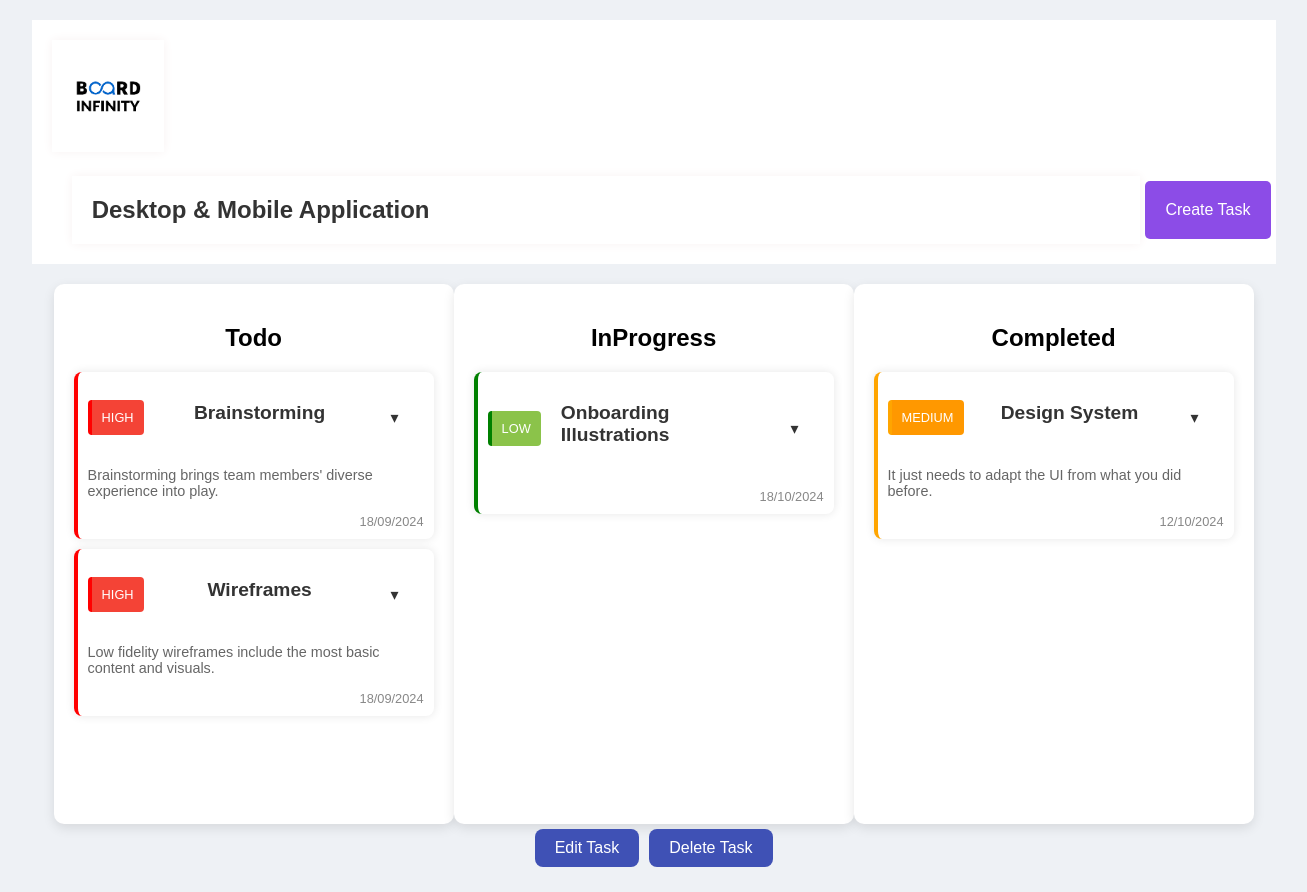
Repository: tanya2468/todo
Page: /
An editor plug-in stored every save of this project. The page is shown before and after the next save, followed by the edit.
The browser window is 1280 px wide. The page is 1307 px wide, so the pictures cover 1307 px, including what lies to the right of the window. The pictures show the whole page.
The project was rebuilt for these pictures with package versions that can differ from the ones it lists, and the page was loaded fresh each time. Also part of the build but not shown: src/TaskModal.css, src/TaskModal.js, src/EditTaskModal.js, src/DeleteTaskModal.js.

Above is the page before, as saved 2024-09-08 17:24:45.

### src/App.js
import React, { useState } from "react";
import "./App.css";
import TaskBoard from "./TaskBoard";
import TaskModal from "./TaskModal";
import Dashboard from "./components/Dashboard";
import EditTaskModal from "./EditTaskModal"; // Import the new edit modal component
import DeleteTaskModal from "./DeleteTaskModal"; // Import the new delete modal component

const initialTasks = {
  todo: [
    {
      id: 1,
      title: "Brainstorming",
      description: "Brainstorming brings team members' diverse experience into play.",
      priority: "High",
      date: "18/09/2024",
      status: "todo"
    },
    {
      id: 2,
      title: "Wireframes",
      description: "Low fidelity wireframes include the most basic content and visuals.",
      priority: "High",
      date: "18/09/2024",
      status: "todo"
    }
  ],
  inProgress: [
    {
      id: 3,
      title: "Onboarding Illustrations",
      description: "",
      priority: "Low",
      date: "18/10/2024",
      status: "inProgress"
    }
  ],
  completed: [
    {
      id: 4,
      title: "Design System",
      description: "It just needs to adapt the UI from what you did before.",
      priority: "Medium",
      date: "12/10/2024",
      status: "completed"
    }
  ]
};

function App() {
  const [tasks, setTasks] = useState(initialTasks);
  const [isCreateModalOpen, setIsCreateModalOpen] = useState(false);
  const [isEditModalOpen, setIsEditModalOpen] = useState(false);
  const [isDeleteModalOpen, setIsDeleteModalOpen] = useState(false);

  // Function to handle adding a new task
  const addTask = (newTask) => {
    setTasks(prevTasks => ({
      ...prevTasks,
      [newTask.status]: [...prevTasks[newTask.status], newTask]
    }));
  };

  const updateTaskStatus = (taskId, newStatus) => {
    const updatedTasks = { todo: [], inProgress: [], completed: [] };

    Object.keys(tasks).forEach(status => {
      tasks[status].forEach(task => {
        if (task.id === taskId) {
          task.status = newStatus;
          updatedTasks[newStatus].push(task);
        } else {
          updatedTasks[task.status].push(task);
        }
      });
    });

    setTasks(updatedTasks);
  };

  const deleteTask = (taskId) => {
    const updatedTasks = { ...tasks };
    Object.keys(updatedTasks).forEach((status) => {
      updatedTasks[status] = updatedTasks[status].filter((task) => task.id !== taskId);
    });
    setTasks(updatedTasks);
  };

  const saveTask = (editedTask) => {
    const updatedTasks = { ...tasks };
    updatedTasks[editedTask.status] = updatedTasks[editedTask.status].map(task =>
      task.id === editedTask.id ? editedTask : task
    );
    setTasks(updatedTasks);
  };

  return (
    <div className="app">

      {/* Dashboard component contains the logo, title, and create task button */}
      <Dashboard onCreateTask={() => setIsCreateModalOpen(true)} />

      {/* TaskBoard displays the tasks */}
      <TaskBoard
        tasks={tasks}
        updateTaskStatus={updateTaskStatus}
      />

      {/* Buttons to trigger the edit and delete modals */}
      <div className="task-actions">
        <button onClick={() => setIsEditModalOpen(true)}>Edit Task</button>
        <button onClick={() => setIsDeleteModalOpen(true)}>Delete Task</button>
      </div>

      {/* Modal for creating new tasks */}
      {isCreateModalOpen && (
        <TaskModal
          onClose={() => setIsCreateModalOpen(false)}
          onCreate={addTask}
        />
      )}

      {/* Modal for editing tasks */}
      {isEditModalOpen && (
        <EditTaskModal
          tasks={tasks}
          onClose={() => setIsEditModalOpen(false)}
          onSave={saveTask}
        />
      )}

      {/* Modal for deleting tasks */}
      {isDeleteModalOpen && (
        <DeleteTaskModal
          tasks={tasks}
          onClose={() => setIsDeleteModalOpen(false)}
          onDelete={deleteTask}
        />
      )}
    </div>
  );
}

export default App;

### src/App.css
/* General Styling */
body {
  font-family: 'Arial', sans-serif;
  background-color: #eef1f5;
  color: #333;
  margin: 0;
  padding: 0;
}

h1, h2, h3 {
  color: #333;
}

button {
  background-color: #3f51b5;
  color: white;
  border: none;
  padding: 10px 20px;
  margin: 5px;
  border-radius: 8px;
  cursor: pointer;
  font-size: 1rem;
  transition: background-color 0.3s ease;
}

button:hover {
  background-color: #2c3d9b;
}

/* Header */
header {
  display: flex;
  justify-content: space-between;
  align-items: center;
  width: 90%;
  padding: 10px 20px;
  background-color: #fff;
  box-shadow: 0 2px 4px rgba(0, 0, 0, 0.1);
}

header .logo {
  font-size: 1.5rem;
  font-weight: bold;
}

header .title {
  font-size: 2rem;
  color: #333;
}

.create-task-button {
  background-color: #6c5ce7;
  color: white;
  padding: 10px 20px;
  border: none;
  border-radius: 5px;
  cursor: pointer;
}

/* App Container */
.app {
  display: flex;
  flex-direction: column;
  align-items: center;
  justify-content: center;
  width: 99%;
  background-color: #eef1f5;
  padding: 20px;
}

/* Task Board */
.task-board {
  display: flex;
  justify-content: space-between;
  width: 100%;
  max-width: 1200px;
  margin-top: 20px;
}

/* Task Column */
.task-column {
  background-color: white;
  padding: 20px;
  border-radius: 10px;
  box-shadow: 0px 4px 12px rgba(0, 0, 0, 0.1);
  width: 30%;
  min-height: 500px;
  transition: transform 0.2s ease;
}

.task-column:hover {
  transform: translateY(-5px);
}

.task-column h2 {
  text-align: center;
  font-size: 1.5rem;
  color: black;
}

/* Task Card */
.task-card {
  background-color: #f5f5f5;
  padding: 20px;
  border-radius: 8px;
  margin-bottom: 15px;
  box-shadow: 0 2px 5px rgba(0, 0, 0, 0.1);
  transition: box-shadow 0.3s ease;
  position: relative;
}

.task-card:hover {
  box-shadow: 0 5px 15px rgba(0, 0, 0, 0.2);
}

.task-card h3 {
  font-size: 1.2rem;
  margin-top: 10px;
  padding:10px;
  background-color
}

.task-card p {
  font-size: 0.9rem;
  color: #666;
}

/* Task Header */
.task-header {
  display: flex;
  justify-content: space-between;
  align-items: center;
}

/* Task Footer */
.task-footer {
  text-align: right;
  color: #888;
  font-size: 0.8rem;
}

/* Priority */
.priority {
  padding: 3px 6px;
  border-radius: 4px;
  font-size: 0.8rem;
  text-transform: uppercase;
  margin-right: 10px;
}

.priority.high {
  background-color: #f44336;
  color: white;
}

.priority.medium {
  background-color: #ff9800;
  color: white;
}

.priority.low {
  background-color: #8bc34a;
  color: white;
}

/* Dropdown */
.dropdown {
  position: relative;
  display: inline-block;
}

.dropdown-toggle {
  background: none;

  cursor: pointer;
  color: #333;
}

.dropdown-menu {
  position: absolute;
  background-color: white;
  border: 1px solid #ddd;
  box-shadow: 0 2px 5px rgba(0, 0, 0, 0.1);
  border-radius: 6px;
  list-style: none;
  padding: 15px;
  margin: 0;
  top: 100%;
  right: 0;
  z-index: 100;
  width: 120px;
}

.dropdown-menu li {
  padding: 5px;
  cursor: pointer;
  text-align: left;
}

.dropdown-menu li:hover {
  background-color: #f0f0f0;
}

/* Modal */
.modal-overlay {
  position: fixed;
  width: 100%;
  height: 100%;
  background: rgba(0, 0, 0, 0.4);
  display: flex;
  align-items: center;
  justify-content: center;
}

.modal {
  background: white;
  padding: 30px;
  border-radius: 10px;
  width: 100%;
  max-width: 500px;
  box-shadow: 0 5px 20px rgba(0, 0, 0, 0.2);
}

.modal h2 {
  margin-top: 20px;
}

.modal .input-group {
  margin-bottom: 15px;
}

.modal .input-group label {
  display: block;
  margin-bottom: 5px;
  padding: 10px;
  font-weight: bold;
}

.modal .input-group input,
.modal .input-group textarea,
.modal .input-group select {
  width: 100%;
  padding: 10px;
  border-radius: 4px;
  border: 1px solid #ccc;
}

.modal .input-group textarea {
  height: 80px;
}

.modal footer {
  text-align: center;
}

.modal footer button {
  padding: 10px 15px;
}

.cancel-button {
  background-color: #f44336;
}

.create-button {
  background-color: #634caf;
}

.cancel-button:hover {
  background-color: #d32f2f;
}

.create-button:hover {
  background-color: #388e3c;
}

### src/TaskBoard.js
import React from 'react';
import TaskCard from './TaskCard';

const TaskBoard = ({ tasks, updateTaskStatus }) => {
  const handleDragOver = (e) => {
    e.preventDefault(); // Allow the drop by preventing the default behavior
  };

  const handleDrop = (e, newStatus) => {
    const taskId = e.dataTransfer.getData('taskId'); // Retrieve the task ID from the dragged item
    updateTaskStatus(Number(taskId), newStatus); // Update task status when dropped
  };

  return (
    <div className="task-board">
      {Object.keys(tasks).map((status) => (
        <div
          key={status}
          className="task-column"
          onDragOver={handleDragOver} // Allow the drop in this column
          onDrop={(e) => handleDrop(e, status)} // Handle dropping tasks into the appropriate column
        >
          <h2>{status.charAt(0).toUpperCase() + status.slice(1)}</h2>
          {tasks[status].map((task) => (
            <TaskCard
              key={task.id}
              task={task}
              updateTaskStatus={updateTaskStatus} // Pass down to TaskCard
            />
          ))}
        </div>
      ))}
    </div>
  );
};

export default TaskBoard;

### src/components/Dashboard.js
import React from "react";
import './Dashboard.css'; // Ensure to include your CSS for styles.
import images from '../assets/images.png'; // Path to your logo image.

const Dashboard = ({ onCreateTask }) => {
  return (
    <div className="dashboard-header">
      <div className="dashboard-logo">
        {/* Display the Board Infinity Logo */}
        <img src={images} alt="Board Infinity Logo" />
      </div>

      <div className="dashboard-content">
        <div className="dashboard-title">
          {/* Title in the center */}
          <h1>Desktop & Mobile Application</h1>
        </div>

        <div className="dashboard-create-task">
          {/* Create Task button aligned to the right */}
          <button onClick={onCreateTask} className="create-task-button">
            Create Task
          </button>
        </div>
      </div>
    </div>
  );
};

export default Dashboard;

### src/TaskCard.js
import React, { useState } from "react";
import "./TaskCard.css";

const TaskCard = ({ task, updateTaskStatus }) => {
  const { id, title, description, priority, date } = task;
  const [showDropdown, setShowDropdown] = useState(false);

  const handleStatusChange = (newStatus) => {
    setShowDropdown(false);
    updateTaskStatus(id, newStatus);
  };

  const handleDragStart = (e) => {
    e.dataTransfer.setData("taskId", id); // Store task ID in the dataTransfer object
  };

  return (
    <div
      className={`task-card ${priority.toLowerCase()}`}
      draggable
      onDragStart={handleDragStart} // Add drag event
    >
      <div className="task-header">
        <span className={`priority ${priority.toLowerCase()}`}>{priority}</span>
        <h3>{title}</h3>
        <div className="dropdown">
          <button
            className="dropdown-toggle"
            onClick={() => setShowDropdown(!showDropdown)}
          >
            &#9662;
          </button>
          {showDropdown && (
            <ul className="dropdown-menu">
              <p><b><i>ChangeStatus</i></b></p>
              <li onClick={() => handleStatusChange("todo")}>Todo</li>
              <li onClick={() => handleStatusChange("inProgress")}>In Progress</li>
              <li onClick={() => handleStatusChange("completed")}>Completed</li>
            </ul>
          )}
        </div>
      </div>
      <p>{description}</p>
      <div className="task-footer">
        <span>{date}</span>
      </div>
    </div>
  );
};

export default TaskCard;

### src/components/Dashboard.css
.dashboard-header {
    display: flex;
    flex-direction: column;
    align-items: left;
    padding: 20px;
    width: 95%;
    background-color: #fff; /* Background color of the header */
}

.dashboard-logo img {
    height: 80px; /* Adjust the height of the logo */
    padding: 16px;
    margin-bottom: 20px;
    max-width: 150px;
    align-items:left;
    box-shadow: 0 0 10px rgb(248, 242, 242);
}

.dashboard-content {
    display: flex;
    justify-content: space-between;
    align-items: left;
    width: 100%; /* Ensures it takes the full width */
    padding: 0 20px; /* Adds padding for spacing */
}

.dashboard-title {
    flex: 1;
    text-align: left;
    box-shadow: 0 0 10px rgb(248, 242, 242);
    padding: 20px;
    /* Removed margin-bottom to keep everything in the same row */
}

.dashboard-title h1 {
    font-size: 24px;
    margin: 0;
}

.dashboard-create-task {
    display: flex;
    justify-content: flex-end;

}

.dashboard-create-task .create-task-button {
    background-color: #8c4ce7;
    color: #fff;
    padding: 10px 20px;
    border: none;
    border-radius: 5px;
    cursor: pointer;
    font-size: 16px;
}

.dashboard-create-task .create-task-button:hover {
    background-color: #863ce6;
}

### src/TaskCard.css
.task-card {
    background-color: white;
    border-radius: 8px;
    padding: 20px;
    margin: 10px 0;
    box-shadow: 0 0 10px rgba(0, 0, 0, 0.1);
  }

  .high {
    border-left: 4px solid red;
    padding: 10px;
  }

  .medium {
    border-left: 4px solid orange;
    padding: 10px;
  }

  .low {
    border-left: 4px solid green;
    padding: 10px;
  }

Loaded but not shown: public/index.html (common file); src/index.js (common file); src/index.css (common file); src/reportWebVitals.js (common file)

After the next save:
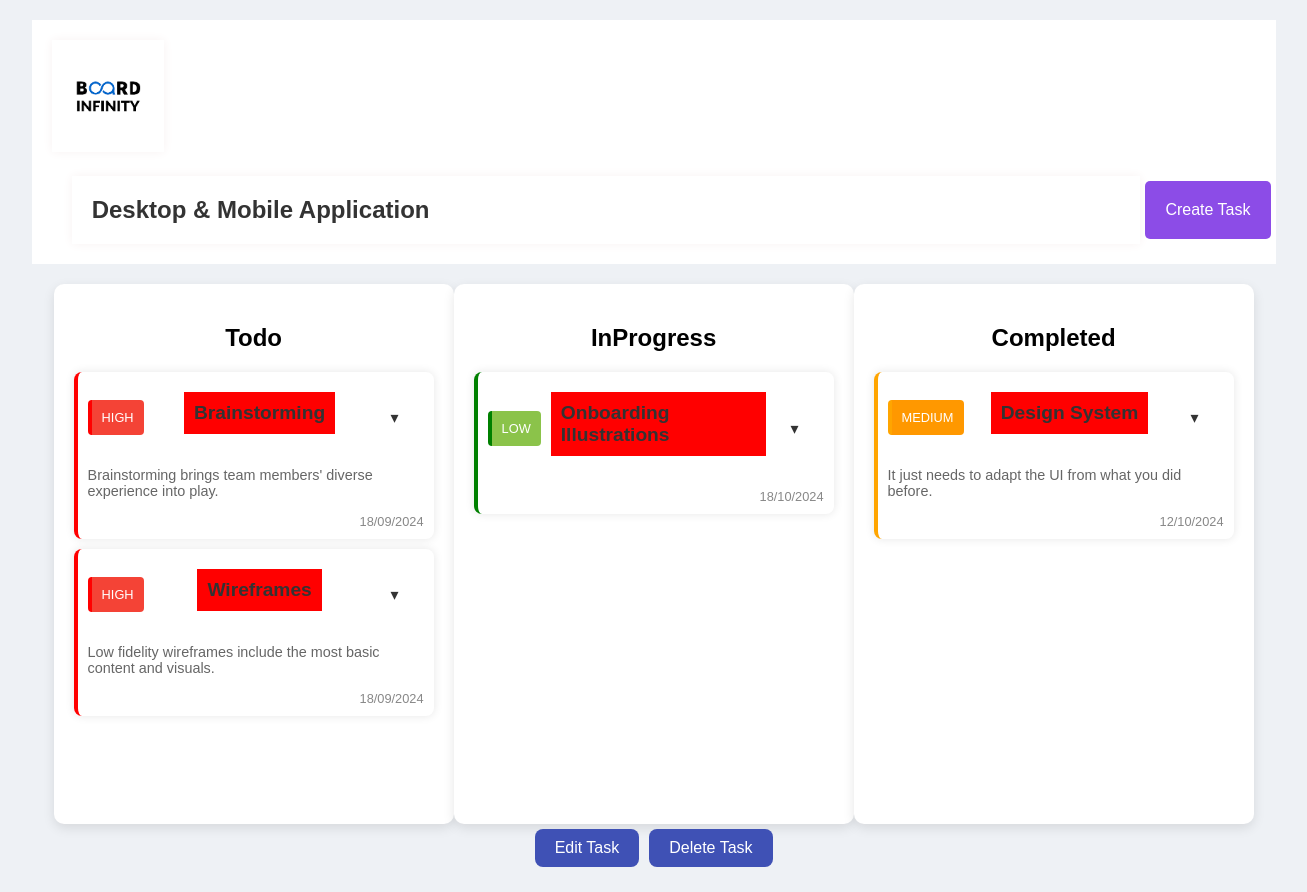
Saved 4 s later.
--- a/src/App.css
+++ b/src/App.css
@@ -117,7 +117,7 @@
   font-size: 1.2rem;
   margin-top: 10px;
   padding:10px;
-  background-color
+  background-color:red;
 }
 
 .task-card p {

After the save that followed:
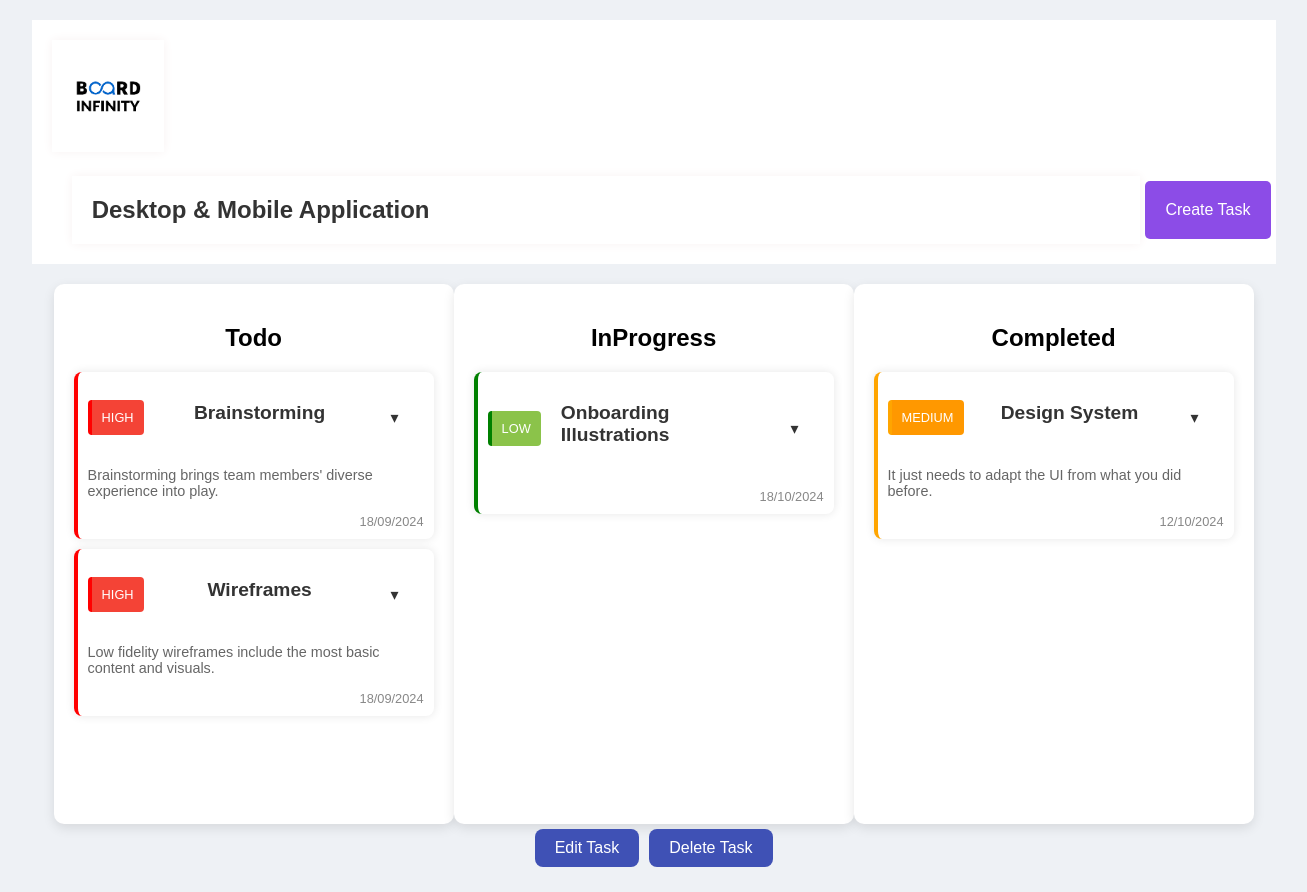
Saved 10 s later.
--- a/src/App.css
+++ b/src/App.css
@@ -117,7 +117,7 @@
   font-size: 1.2rem;
   margin-top: 10px;
   padding:10px;
-  background-color:red;
+
 }
 
 .task-card p {
